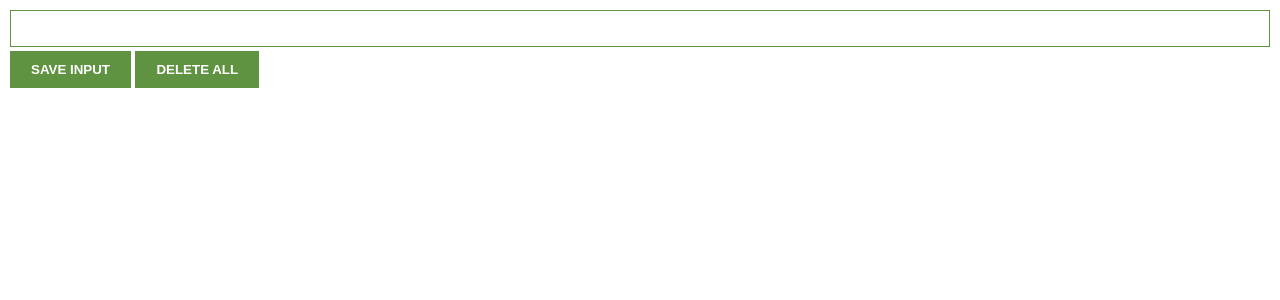
Repository: inno03/Chrome-clone-extension-app
Page: index.html
An editor plug-in stored every save of this project. The page is shown before and after a run of saves, followed by the edit.
The browser window is 1280 px wide. The pictures show the whole page.

Above is the page before, as saved 2023-03-09 22:22:49.

After the next 2 saves:
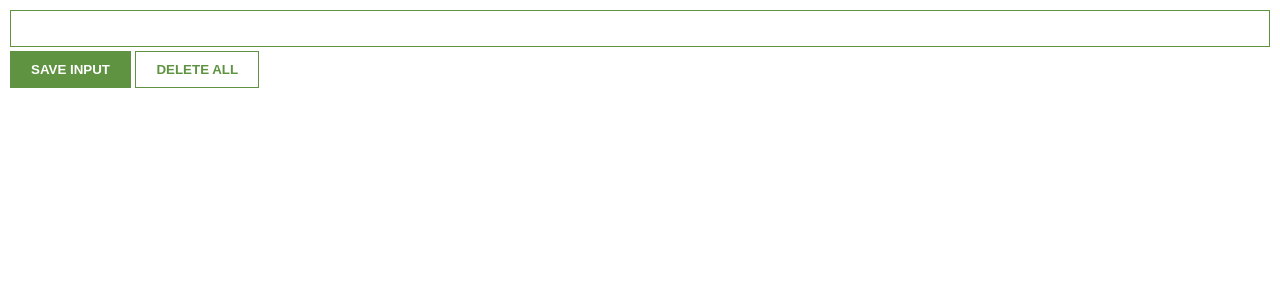
The 2 saves are shown as one change because they came seconds apart.
The last was saved 21 s later.
--- a/index.css
+++ b/index.css
@@ -21,6 +21,11 @@ button {
     font-weight: bold;
 }
 
+#delete-btn {
+    background: white;
+    color: #5f9341;
+}
+
 
 
 ul {
